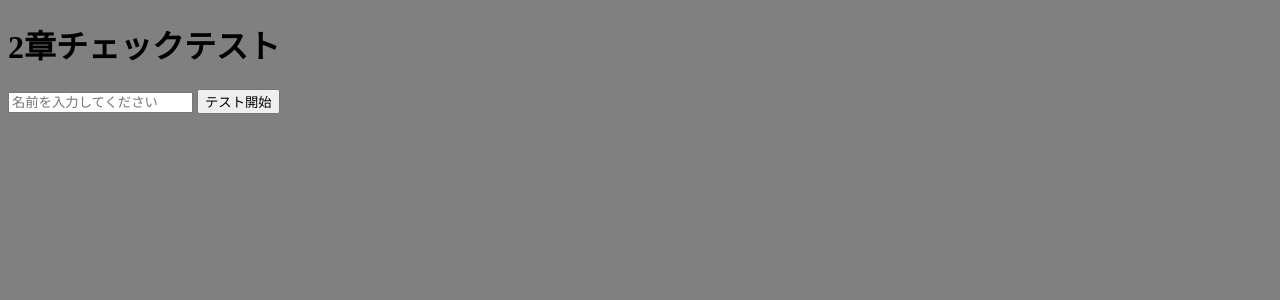
Repository: natuki-i/curriculum
Page: http://localhost/
The author's editor kept a copy of each file at every save. The page is drawn from the files as they stood at one save, then again after the next save.
The browser window is 1280 px wide. The pictures show the whole page.
The page is run by PHP 8.4 with error messages shown; the project is at /var/www/html/.

Above is the page before, as saved 2022-12-31 20:55:42.

### PHPjob/3-4/index.php
<!DOCTYPE html>
<html lang="ja">

<head>
    <meta charset="UTF-8">
    <meta http-equiv="X-UA-Compatible" content="IE=edge">
    <meta name="viewport" content="width=device-width, initial-scale=1">
    <title></title>
    <link rel="stylesheet" href="/css/style.css">
</head>

<body>
    <h1>2章チェックテスト</h1>
    <!--名前を入力してquestion.phpに移動するフォームを作成-->




    <form action="question.php" method="post">
    <input type="text" name="st_name" placeholder="名前を入力してください"/>
    <input type="submit" value="テスト開始" />
</form>




</body>

</html>

### PHPjob/3-4/css/style.css
body {
    background-color: gray;
  }

### PHPjob/3-4/style.css
h1 {
    background-color: gray;
  }

After the next save:
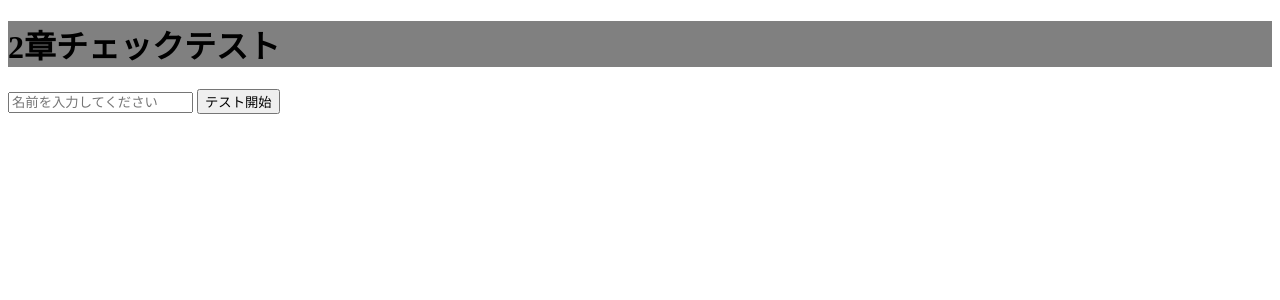
Saved 1 s later.
--- a/PHPjob/3-4/css/style.css
+++ b/PHPjob/3-4/css/style.css
@@ -1,3 +1,3 @@
-body {
+h1 {
     background-color: gray;
   }

After the 2 saves that followed:
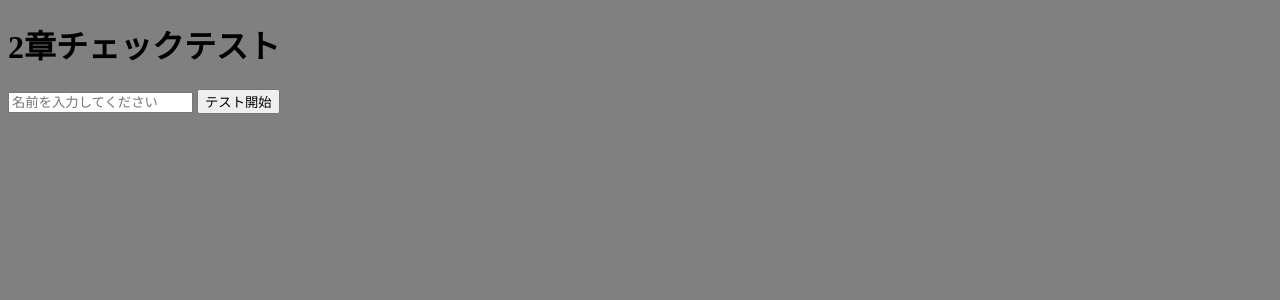
The 2 saves are shown as one change because 1 left the picture as it was.
The last was saved 104 s later.
--- a/PHPjob/3-4/index.php
+++ b/PHPjob/3-4/index.php
@@ -6,7 +6,7 @@
     <meta http-equiv="X-UA-Compatible" content="IE=edge">
     <meta name="viewport" content="width=device-width, initial-scale=1">
     <title></title>
-    <link rel="stylesheet" href="/css/style.css">
+    <link rel="stylesheet" href="style.css">
 </head>
 
 <body>
--- a/PHPjob/3-4/style.css
+++ b/PHPjob/3-4/style.css
@@ -1,3 +1,3 @@
-h1 {
+body {
     background-color: gray;
   }
